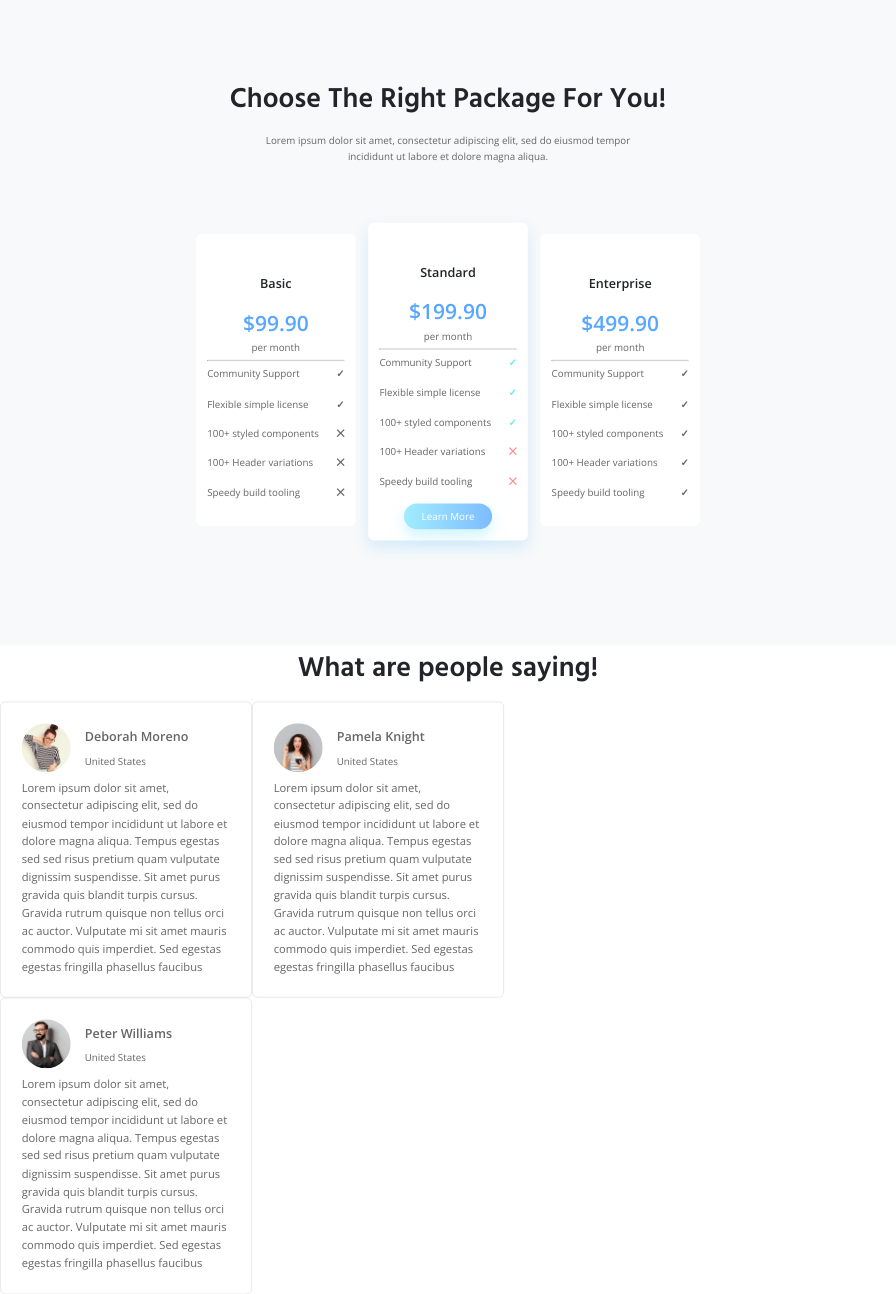
Repository: Sc-Juju/CodeRad
Page: index.html
An editor plug-in stored every save of this project. The page is shown before and after the next save, followed by the edit.
The browser window is 1280 px wide. The pictures show the part of the page from y = 2393 to 4313 px (the page is 4242 px tall before and 4313 px after), at 70% of full size.

Above is the page before, as saved 2022-11-11 21:41:08.

### index.html
<!DOCTYPE html>
<html>
	<head>
		<meta charset="utf-8" />
		<meta http-equiv="X-UA-Compatible" content="IE=edge" />
		<title>CodeRad</title>
		<meta name="description" content="" />
		<meta name="viewport" content="width=device-width, initial-scale=1" />

		<link
			href="https://fonts.googleapis.com/css2?family=Open+Sans:wght@300;400;600;700&display=swap"
			rel="stylesheet"
		/>
		<link
			href="https://fonts.googleapis.com/css2?family=Hind:wght@300;400;500;600;700&display=swap"
			rel="stylesheet"
		/>

		<link rel="stylesheet" href="./css/default.css" />
		<link rel="stylesheet" href="./css/styles.css" />
		<link rel="stylesheet" href="./css/responsive.css" />
	</head>
	<body>
		<nav class="navbar nav">
			<div class="container">
				<button
					class="navbar-toggler"
					aria-expanded="false"
					aria-controls="navbarDropdown"
				>
					<span>&#9776;</span>
				</button>
				<a class="navbar-brand" href="index.html">CodeRad</a>
				<ul class="navbar-nav">
					<li class="nav-link">
						<a href="#">Home</a>
					</li>

					<li class="nav-link">
						<a href="#">Blog</a>
					</li>
					<li class="nav-link">
						<a href="#">Portfolio</a>
					</li>
					<li class="nav-link">
						<a href="#">Contact</a>
					</li>
				</ul>
			</div>
		</nav>

		<header class="bg-header">
			<div class="container">
				<div class="hero-wrapper">
					<h2 class="hero-header">
						Young in our spirits and <br />
						modern look.
					</h2>
					<a class="btn btn-white" href="#">Learn more</a>
				</div>
			</div>
		</header>
		<!--Why me-->
		<section>
			<div class="container why-me-wrapper">
				<div class="block-text">
					<span>Why choose me</span>
					<h2>
						Meeting Your Needs <br />
						In Website Building
					</h2>
					<p>
						Lorem ipsum dolor sit amet, consectetur adipiscing elit,
						sed do eiusmod tempor incididunt ut labore et dolore
						magna aliqua.
					</p>
					<a href="" class="btn btn-primary">Learn More</a>
				</div>
				<div>
					<img src="./CodeRad-assets/image2.svg" alt="Icon Chart" />
				</div>
			</div>
		</section>
		<!--Services-->
		<section class="bg-contrast">
			<div class="container service-grid">
				<div class="service-card">
					<span class="bg-color-1"></span>
					<div>
						<h3>Branding</h3>
						<p>
							Lorem ipsum dolor sit amet, consectetur adipiscing
							elit, sed do eiusmod tempor incididunt ut labore et
							dolore magna aliqua. Ut morbi tincidunt augue
							interdum velit euismod in pellentesque. Congue
							mauris rhoncus aenean vel.
						</p>
					</div>
				</div>
				<div class="service-card">
					<span class="bg-color-2"></span>
					<div>
						<h3>Design & UX</h3>
						<p>
							Lorem ipsum dolor sit amet, consectetur adipiscing
							elit, sed do eiusmod tempor incididunt ut labore et
							dolore magna aliqua. Ut morbi tincidunt augue
							interdum velit euismod in pellentesque. Congue
							mauris rhoncus aenean vel.
						</p>
					</div>
				</div>
				<div class="service-card">
					<span class="bg-color-3"></span>
					<div>
						<h3>Development</h3>
						<p>
							Lorem ipsum dolor sit amet, consectetur adipiscing
							elit, sed do eiusmod tempor incididunt ut labore et
							dolore magna aliqua. Ut morbi tincidunt augue
							interdum velit euismod in pellentesque. Congue
							mauris rhoncus aenean vel.
						</p>
					</div>
				</div>
				<div class="service-card">
					<span class="bg-color-4"></span>
					<div>
						<h3>User analysis</h3>
						<p>
							Lorem ipsum dolor sit amet, consectetur adipiscing
							elit, sed do eiusmod tempor incididunt ut labore et
							dolore magna aliqua. Ut morbi tincidunt augue
							interdum velit euismod in pellentesque. Congue
							mauris rhoncus aenean vel.
						</p>
					</div>
				</div>
				<div class="service-card">
					<span class="bg-color-5"></span>
					<div>
						<h3>UX Research</h3>
						<p>
							Lorem ipsum dolor sit amet, consectetur adipiscing
							elit, sed do eiusmod tempor incididunt ut labore et
							dolore magna aliqua. Ut morbi tincidunt augue
							interdum velit euismod in pellentesque. Congue
							mauris rhoncus aenean vel.
						</p>
					</div>
				</div>
				<div class="service-card">
					<span class="bg-color-6"></span>
					<div>
						<h3>SEO Service</h3>
						<p>
							Lorem ipsum dolor sit amet, consectetur adipiscing
							elit, sed do eiusmod tempor incididunt ut labore et
							dolore magna aliqua. Ut morbi tincidunt augue
							interdum velit euismod in pellentesque. Congue
							mauris rhoncus aenean vel.
						</p>
					</div>
				</div>
			</div>
		</section>

		<!--Video Demo-->
		<section class="video-demo">
			<div class="container">
				<div class="block-text">
					<h2>Telling Our Story</h2>
					<p>
						Lorem ipsum dolor sit amet, consectetur adipiscing elit,
						sed do eiusmod tempor <br />
						incididunt ut labore et dolore magna aliqua.
					</p>
				</div>
				<div class="video-box">
					<a href="#" class="video-btn">
						<img
							src="./CodeRad-assets/play.svg"
							alt="Play Video Button"
						/>
					</a>
					<img
						src="./CodeRad-assets/demo-video-thumbnail.jpg"
						alt="Video thumbnail"
					/>
				</div>
			</div>
		</section>

		<!--Pricing plans-->
		<section class="bg-contrast">
			<div class="block-text pricing-header">
				<h2>Choose The Right Package For You!</h2>
				<p>
					Lorem ipsum dolor sit amet, consectetur adipiscing elit, sed
					do eiusmod tempor <br />
					incididunt ut labore et dolore magna aliqua.
				</p>
			</div>
			<div class="pricing-table">
				<div class="price-card">
					<h3>Basic</h3>
					<div class="price">$99.90</div>
					<div class="billed">per month</div>
					<hr />
					<ul>
						<li>
							<span class="title">Community Support</span>
							<span class="icon">&#10003;</span>
						</li>
						<li>
							<span class="title">Flexible simple license</span>
							<span class="icon">&#10003;</span>
						</li>
						<li>
							<span class="title">100+ styled components</span>
							<span class="icon">&#10761;</span>
						</li>
						<li>
							<span class="title">100+ Header variations</span>
							<span class="icon">&#10761;</span>
						</li>
						<li>
							<span class="title">Speedy build tooling</span>
							<span class="icon">&#10761;</span>
						</li>
					</ul>
				</div>

				<div class="price-card featured">
					<h3>Standard</h3>
					<div class="price">$199.90</div>
					<div class="billed">per month</div>
					<hr />
					<ul>
						<li>
							<span class="title">Community Support</span>
							<span class="icon checked">&#10003;</span>
						</li>
						<li>
							<span class="title">Flexible simple license</span>
							<span class="icon checked">&#10003;</span>
						</li>
						<li>
							<span class="title">100+ styled components</span>
							<span class="icon checked">&#10003;</span>
						</li>
						<li>
							<span class="title">100+ Header variations</span>
							<span class="icon times">&#10761;</span>
						</li>
						<li>
							<span class="title">Speedy build tooling</span>
							<span class="icon times">&#10761;</span>
						</li>
						<div class="plan-btn-wrapper">
							<a href="" class="btn btn-primary">Learn More</a>
						</div>
					</ul>
				</div>

				<div class="price-card">
					<h3>Enterprise</h3>
					<div class="price">$499.90</div>
					<div class="billed">per month</div>
					<hr />
					<ul>
						<li>
							<span class="title">Community Support</span>
							<span class="icon">&#10003;</span>
						</li>
						<li>
							<span class="title">Flexible simple license</span>
							<span class="icon">&#10003;</span>
						</li>
						<li>
							<span class="title">100+ styled components</span>
							<span class="icon">&#10003;</span>
						</li>
						<li>
							<span class="title">100+ Header variations</span>
							<span class="icon">&#10003;</span>
						</li>
						<li>
							<span class="title">Speedy build tooling</span>
							<span class="icon">&#10003;</span>
						</li>
					</ul>
				</div>
			</div>
		</section>

		<!--Testimonials-->
		<section class="testimonials">
			<div class="block-text">
				<h2>What are people saying!</h2>
			</div>
			<div class="testimonial-grid">
				<div class="testimonial-card">
					<div class="top">
						<img
							src="./CodeRad-assets/1.png"
							alt=""
							class="profile"
						/>
						<div class="top-info">
							<h4>Deborah Moreno</h4>
							<span>United States</span>
						</div>
					</div>
					<div class="bottom">
						<p>
							Lorem ipsum dolor sit amet, consectetur adipiscing
							elit, sed do eiusmod tempor incididunt ut labore et
							dolore magna aliqua. Tempus egestas sed sed risus
							pretium quam vulputate dignissim suspendisse. Sit
							amet purus gravida quis blandit turpis cursus.
							Gravida rutrum quisque non tellus orci ac auctor.
							Vulputate mi sit amet mauris commodo quis imperdiet.
							Sed egestas egestas fringilla phasellus faucibus
						</p>
					</div>
				</div>

				<div class="testimonial-card">
					<div class="top">
						<img
							src="./CodeRad-assets/2.png"
							alt=""
							class="profile"
						/>
						<div class="top-info">
							<h4>Pamela Knight</h4>
							<span>United States</span>
						</div>
					</div>
					<div class="bottom">
						<p>
							Lorem ipsum dolor sit amet, consectetur adipiscing
							elit, sed do eiusmod tempor incididunt ut labore et
							dolore magna aliqua. Tempus egestas sed sed risus
							pretium quam vulputate dignissim suspendisse. Sit
							amet purus gravida quis blandit turpis cursus.
							Gravida rutrum quisque non tellus orci ac auctor.
							Vulputate mi sit amet mauris commodo quis imperdiet.
							Sed egestas egestas fringilla phasellus faucibus
						</p>
					</div>
				</div>

				<div class="testimonial-card">
					<div class="top">
						<img
							src="./CodeRad-assets/3.png"
							alt=""
							class="profile"
						/>
						<div class="top-info">
							<h4>Peter Williams</h4>
							<span>United States</span>
						</div>
					</div>
					<div class="bottom">
						<p>
							Lorem ipsum dolor sit amet, consectetur adipiscing
							elit, sed do eiusmod tempor incididunt ut labore et
							dolore magna aliqua. Tempus egestas sed sed risus
							pretium quam vulputate dignissim suspendisse. Sit
							amet purus gravida quis blandit turpis cursus.
							Gravida rutrum quisque non tellus orci ac auctor.
							Vulputate mi sit amet mauris commodo quis imperdiet.
							Sed egestas egestas fringilla phasellus faucibus
						</p>
					</div>
				</div>
			</div>
		</section>
	</body>
</html>

### css/default.css
:root{
    --white:#fff;
    --black: #000;
    --font-color-base:#666;
    --font-color-dark:#212529;
    --font-color-light:#b0aebe;
    --font-color-link:#57a6ff;
    --footer:#34314b;
    --footer-base:2e2b45;
    --contrast:rgba(246, 248, 249, 0.8);
    --success: #64ecf5;
    --danger:#ff8b8d;
    --grad-1:#a1ecff;
    --grad-2:#7dbcff;


    --size-10:0.625rem;
    --size-14:0.875rem;
    --size-16:1rem;
    --size-18:1.125rem;
    --size-20:1.25rem;
    --size-30:1.875rem;
    --size-40:2.5rem;
    --size-50:3.125rem;
    --size-100:6.25rem;
    --size-150:9.375rem;
}
body{
    font-family:"Open Sans", sans-serif;
    font-weight: 400;
    font-size:0.875rem;
    line-height: 1.6;
    letter-spacing: 0;
    color: var(--font-color-base);
    margin:0;
    padding:0;
}
*,
::after,
::before{
    box-sizing: border-box;
}
ul{
    padding:0;
    margin:0;
    list-style: none;
}
a {text-decoration: none;}
p {margin-top:0;}
h2{
    font-size:1.75rem;
    font-weight:500;
    line-height:1.2;
}
img {
    width:100%;
    max-width:100%;
    vertical-align:middle;
    border-style: none;
}
.container{
    width: 100%;
    padding-left:15px;
    padding-right:15px;
    margin-right:auto;
    margin-left:auto;
}

.btn{
    display: inline-block;
    font-weight: 400;
    color: var(--font-color-dark);
    text-align: center;
    cursor: pointer;
    user-select: none;
    background-color: transparent;
    border: 1px solid transparent;
    padding: .375rem .75rem;
    border-radius:1.25rem;
    transition: ease-in-out .3s;
}
.btn-primary{
    background-image: linear-gradient(90deg, var(--grad-1)0%, var(--grad-2)100%);
    border: 1px var(--grad-1);
    box-shadow: 0 10px 20px rgba(161, 236, 255, .5);
    transition: ease-in-out .3s;
    color: var(--white);
    padding: .4375rem 1.5625rem;
}

.btn-white{
    background-color: var(--white);
    color: var(--font-color-link);
    box-shadow: 0px 10px 20px rgba(255, 255, 255, .35);
    padding: .475rem 1.75rem;
}

@media (min-width:1200px){
    .container{ max-width: 1140px; }
}
@media (min-width:768px){
    .pricing-table,
    .testimonial-grid{max-width:720px;}
}

### css/styles.css
.navbar{
    position: fixed;
    top: 0;
    right: 0;
    left: 0;
    z-index: 200;
    transition: ease-in-out .3s;
}
[aria-controls="navbarDropdown"]{
    display:none;
}
.navbar-nav{
    display: flex;
    align-items: center;
}
.navbar .container{
    display: flex;
    align-items: center;
}
.navbar-brand{
    margin-right:auto;
    font-size: 2rem;
    font-weight: 700;
    width: 100%;
    transition: ease-in-out .3s;
    color: var(--white);

}
.bg-header,
.video-demo{
    background-color: var(--footer);
    background-repeat: no-repeat;
    background-size: cover;
    background-position:50% 20%;
    position: relative;
    z-index: 1;
    padding: 4.6875rem 0;
}
.bg-header{background-image: url(../CodeRad-assets/bg-header-1.jpg);}
.video-demo{background-image: url(../CodeRad-assets/bg-demo.jpg);}
.bg-header::before{
    background-image: linear-gradient(30deg,
    rgba(21,27,38, .8)0%,
    rgba(0,0,0,.2)100%);
    position: absolute;
    content:"";
    top: 0;
    left: 0;
    right: 0;
    bottom: 0;
    width: 100%;
    height: 100%;
    z-index: -1;
}
.nav-link a{
    color: var(--white);
    font-size: .8125rem;
    font-weight: 600;
    font-family: "Hind", sans-serif;
    text-transform: uppercase;
    margin-right: 2.5rem;
    line-height: 1.25rem;
}
.hero-header{
    color: var(--white);
}
.why-me-wrapper{
    display: flex;
    align-items: center;
}
.why-me-wrapper div{
    flex: 1;
}
.block-text{
    padding-right: var(--size-50);
}
.block-text span{
    color: var(--font-color-dark);
    font-weight: 300;
}
.block-text h2{
    font-size: var(--size-40);
    font-family: "Hind", sans-serif;
    font-weight: 600;
    color: var(--font-color-dark);
    margin-bottom: var(--size-20);
    line-height: 1.3;
    margin-top: 0.5rem;
}
.bg-contrast{
    background-color: var(--contrast);
    padding: var(--size-150) 0;
    margin: 0 auto;
}
.service-grid{
    display: grid;
    grid-template-columns: repeat(auto-fit,minmax(300px, 1fr));
    gap: var(--size-20);
}
.service-card{
    padding: var(--size-30);
    box-shadow: 0 0 10px rgba(48, 63, 100, .15);
    background: white;
    border-radius: 8px;
}
.service-card span{
    width:4.375rem;
    height: 4.375rem;
    background: green;
    display: block;
    float: left;
    margin-right: 15px;
    border-radius: 50%;
    background: var(--font-color-light);
}
span.bg-color-1 {background-image: linear-gradient(90deg, #9ccdf3 0%, #94aafd 100%);}
span.bg-color-2 {background-image: linear-gradient(90deg, #55edc0 0%, #4bdbdb 100%);}
span.bg-color-3 {background-image: linear-gradient(90deg, #fda498 0%, #f58b9e 100%);}
span.bg-color-4 {background-image: linear-gradient(90deg, #f2a7ca 0%, #c289f4 100%);}
span.bg-color-5 {background-image: linear-gradient(90deg, #ffc187 0%, #fe93a7 100%);}
span.bg-color-6 {background-image: linear-gradient(90deg, #a1ecff 0%, #7dbcff 100%);}

.video-demo{text-align: center;}
.video-demo .block-text{padding-right: 0;}

.video-demo .block-text h2,
.video-demo .block-text p{
    color: var(--white);
}

.video-btn{
    position: absolute;
    top: 50%;
    left: 50%;
    transform: translate(-50%, -50%);
    box-shadow: 0 10px 20px rgba(57, 166, 251, .3);
}
.video-btn img{
    height: var(--size-100);
    width: var(--size-100);
}
.video-box{
    position: relative;
    margin-bottom: -9.375rem;
    z-index: 100;
}
.video-box > img{
    max-width: 600px;
    border-radius: 8px;
}
.block-text.pricing-header{
    text-align: center;
    padding-right: 0;
    margin: var(--size-100) 0;
}
.pricing-table{
    display: grid;
    grid-template-columns: repeat(auto-fit, minmax(215px, 1fr));
    gap: var(--size-18);
    margin: auto;
    align-items: flex-start;
}
.price-card{
    background-color:var(--white);
    border-radius: 8px;
    padding: var(--size-16);
}
.price-card .checked{color: var(--success);}
.price-card .times{color: var(--danger);}

.price-card.featured{
    box-shadow: 0 10px 20px rgba(82,179,255,.2);
    margin-top: -1rem;
}
.price-card h3{
    margin-top: var(--size-40);
    font-size: var(--size-18);
    color: var(--font-color-dark);
    font-weight: 600;
}
.plan-card hr{margin: 2rem 0 1rem;}
.price{
    color: var(--font-color-link);
    font-size: var(--size-30);
    font-weight: 600;
}
.price-card h3,
.price-card .price,
.price-card .billed{text-align: center;}

.price-card li{margin-bottom: var(--size-20);}
.price-card .icon{
    float: right;
    font-weight:600;
}
.plan-btn-wrapper{text-align: center;}

.testimonial-grid{
    display: grid;
    grid-template-columns: repeat(auto-fit, minmax(300px, 1fr));
    grid-template-rows: 1fr 1fr;
}

.testimonials .block-text{
    padding-right: 0;
    text-align: center;
}

.testimonial-card{
    border: 1px solid #dedede;
    border-radius: 8px;
    padding: var(--size-30);
}

.testimonial-card .top{
    display:flex;
    align-items: center;
    padding-bottom: var(--size-10);
}

.testimonial-card img.profile{
    width: 70px;
    border-radius: 50%;
    margin-right: var(--size-20);
}

.top h4{
    margin-top: 0;
    margin-bottom: var(--size-10);
    font-weight: 600;
    font-size: var(--size-18);
}

.bottom p{
    margin: 0;
    font-size: var(--size-16);
    line-height: 1.6;
}

Loaded but not shown: css/responsive.css (no copy from this time; the picture is the same without it)

After the next save:
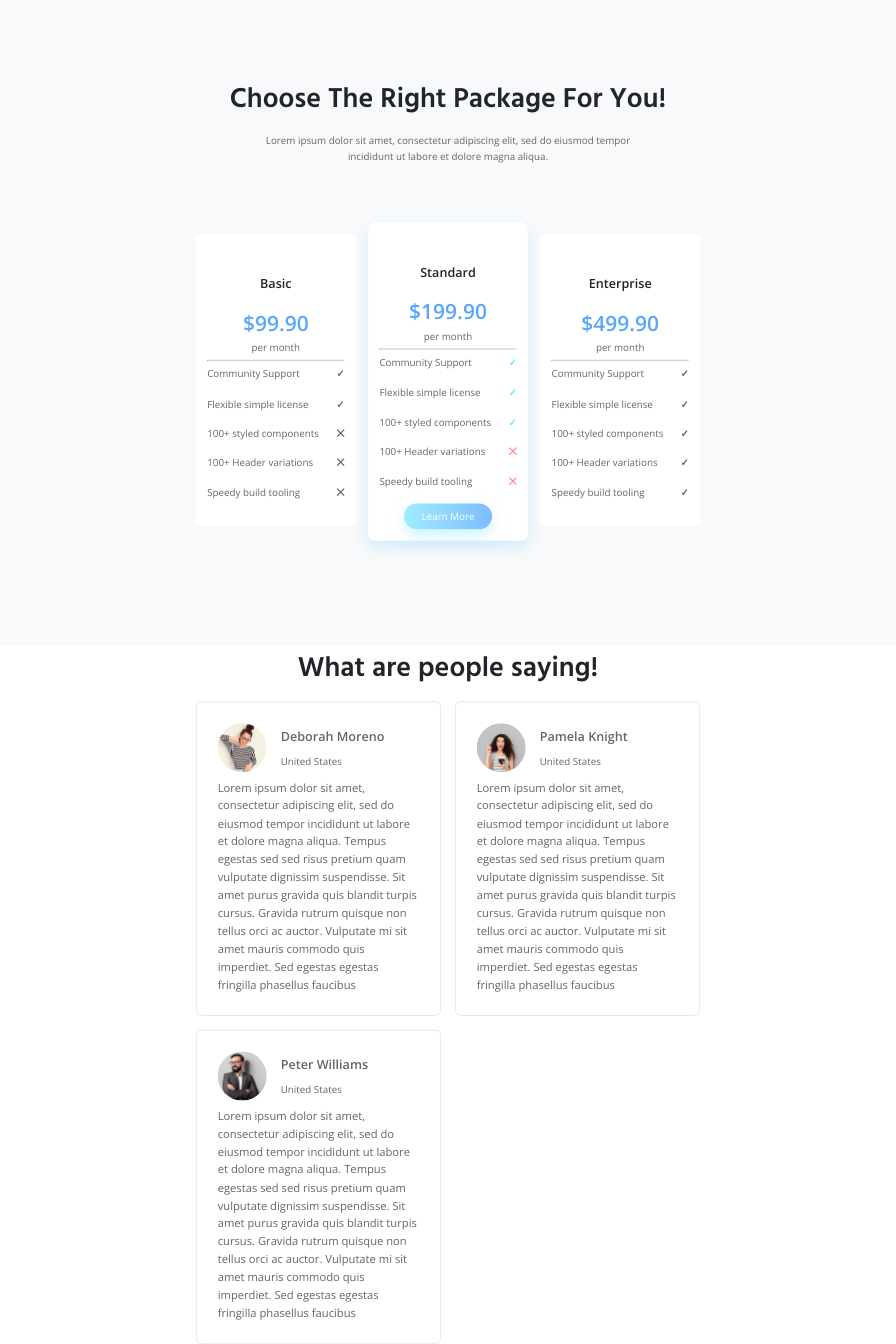
Saved 5 min 13 s later.
--- a/css/styles.css
+++ b/css/styles.css
@@ -199,6 +199,8 @@ span.bg-color-6 {background-image: linear-gradient(90deg, #a1ecff 0%, #7dbcff 10
     display: grid;
     grid-template-columns: repeat(auto-fit, minmax(300px, 1fr));
     grid-template-rows: 1fr 1fr;
+    gap: var(--size-20);
+    margin: 0 auto;
 }
 
 .testimonials .block-text{
@@ -210,6 +212,11 @@ span.bg-color-6 {background-image: linear-gradient(90deg, #a1ecff 0%, #7dbcff 10
     border: 1px solid #dedede;
     border-radius: 8px;
     padding: var(--size-30);
+}
+
+.testimonial-card.lg{
+    grid-row: 1 / 3;
+    grid-column: 1 / 2;
 }
 
 .testimonial-card .top{
